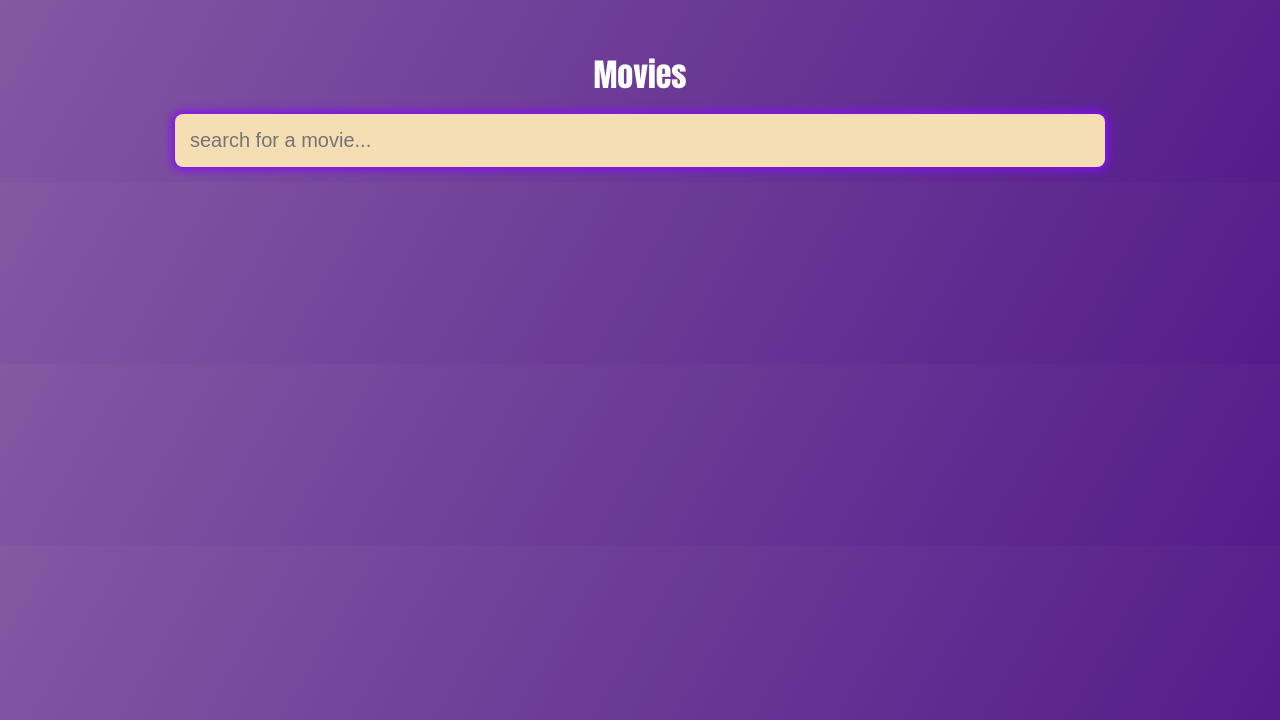
Repository: KLM94/moviedb
Page: /
The author's editor kept a copy of each file at every save. The page is drawn from the files as they stood at one save, then again after the next save.
The browser window is 1280 px wide. The pictures show the whole page.
The first visible `.searchbox` has the focus.
The project was rebuilt for these pictures with package versions that can differ from the ones it lists, and the page was loaded fresh each time.

Above is the page before, as saved 2020-09-16 15:35:38.

### src/index.css
* {
  margin: 0;
  padding: 0;
  box-sizing: border-box;
}

body {
  font-family: Impact, Haettenschweiler, "Arial Narrow Bold", sans-serif;
  background-image: linear-gradient(120deg, #8458a3 0%, #541c8a 100%);
}

header {
  padding: 50px 15px 0px;
}

header h1 {
  color: white;
  font-size: 48;
  font-weight: 500;
  text-align: center;
}

main {
  width: 100%;
  max-width: 960px;
  margin: 0 auto;
}

section {
  padding: 15px;
}

.searchbox {
  display: block;
  width: 100%;
  padding: 15px;

  border: none;
  outline: none;
  background: none;

  background-color: wheat;
  border-radius: 8px;

  color: palevioletred;
  font-size: 20px;
  font-weight: 300;

  transition: 0.4s ease-out;
}

.searchbox:focus {
  box-shadow: 0px 0px 8px 3px rgb(132, 16, 241);
}

### src/App.js
import React from "react";
import Search from "./components/Search";

function App() {
  return (
    <div className="App">
      <header>
        <h1>Movies</h1>
      </header>
      <main>
        <Search />
      </main>
    </div>
  );
}

export default App;

### src/components/Search.jsx
import React from "react";

function Search() {
  return (
    <section className="searchbox-wrap">
      <input
        type="text"
        placeholder="search for a movie..."
        className="searchbox"
      />
    </section>
  );
}

export default Search;

Loaded but not shown: public/index.html (common file); src/index.js (common file); src/serviceWorker.js (common file); public/manifest.json (common file)

After the next save:
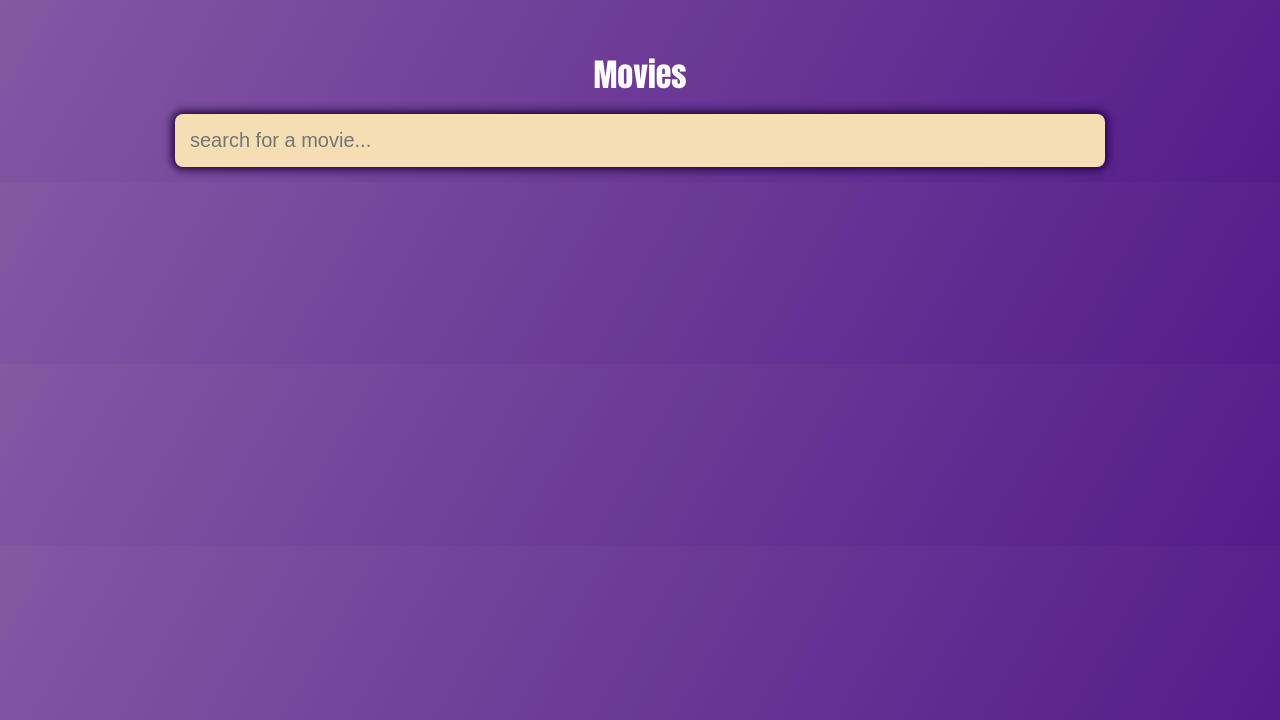
Saved 15 s later.
--- a/src/index.css
+++ b/src/index.css
@@ -50,5 +50,5 @@ section {
 }
 
 .searchbox:focus {
-  box-shadow: 0px 0px 8px 3px rgb(132, 16, 241);
+  box-shadow: 0px 0px 8px 3px rgb(37, 3, 70);
 }
